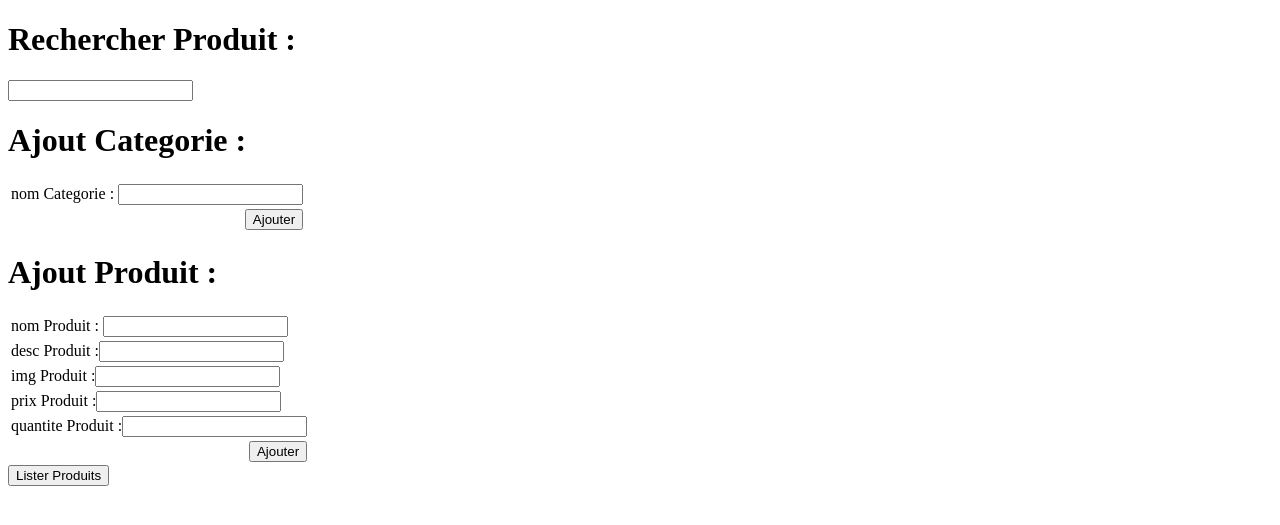
Repository: EBusinesss/Ebusiness
Page: http://localhost/EcomWEB/
These files come from the project's save history. The page is drawn as it stood at one moment and after the next save; the edit follows.
The browser window is 1280 px wide. The pictures show the whole page.
The page is served by Tomcat 9. Nobody is signed in. The application's start-up code is not run.

Above is the page before, as saved 2014-12-06 22:54:35.

After the next save:
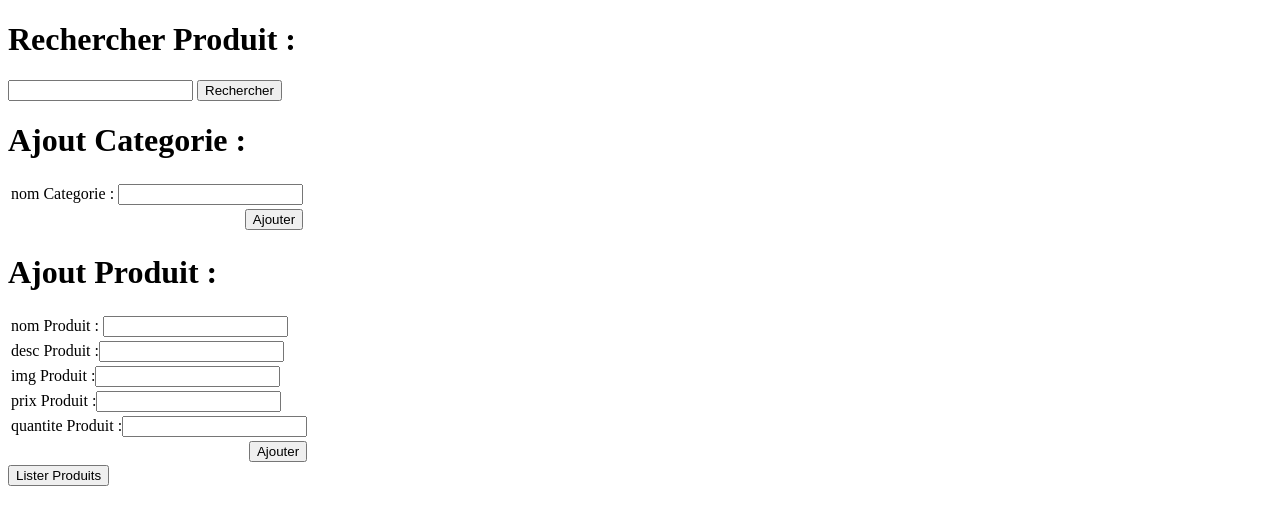
Saved 38 min 45 s later.
--- a/Workspace/EcomWEB/WebContent/index.jsp
+++ b/Workspace/EcomWEB/WebContent/index.jsp
@@ -9,7 +9,12 @@
 <body>
 		<h1>Rechercher Produit : </h1>
 		<form action="RechercherProductServlet" method="post">
-			<input type="text" name="nomProduitRecherche" width="25">
+
+			<tr><td><input type="text" name="nomProduitRecherche" width="25"></td>
+				<td align="right" colspan="3">
+					<button name="submit" type="submit">Rechercher</button>
+				</td>
+			</tr>
 		</form>
 
 		<h1>Ajout Categorie :</h1>
